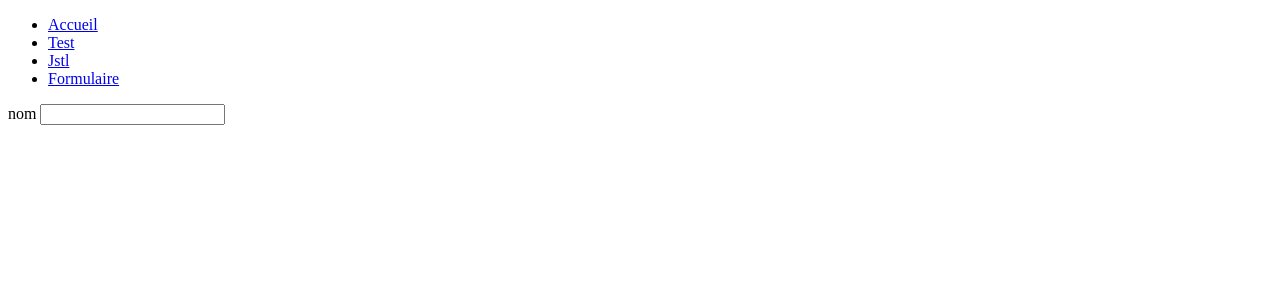
Repository: khadimniass/AppliTestJEE
Page: http://localhost/test/Formulaire
The author's editor kept a copy of each file at every save. The page is drawn from the files as they stood at one save, then again after the next save.
The browser window is 1280 px wide. The pictures show the whole page.
The page is served by Tomcat 9.

Above is the page before, as saved 2020-07-06 12:15:42.

After the next save:
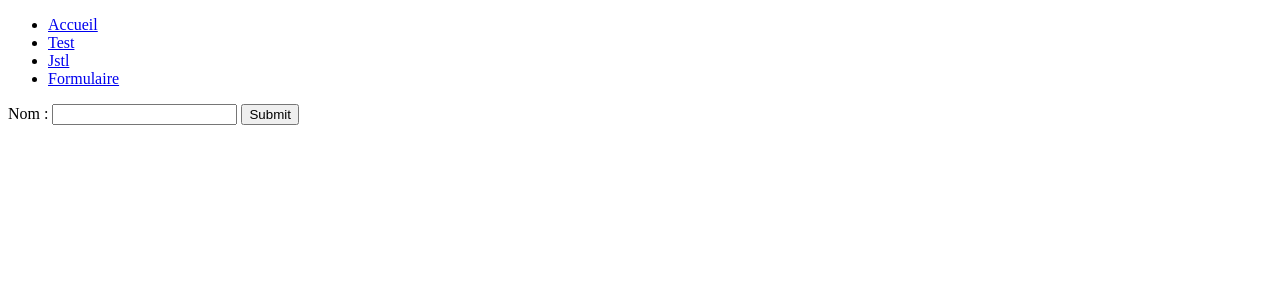
Saved 22 h 32 min later.
--- a/test/WebContent/WEB-INF/formulaire.jsp
+++ b/test/WebContent/WEB-INF/formulaire.jsp
@@ -11,8 +11,10 @@
 	<%@include file="menu.jsp" %>
 
 	<form methode="post" action="formulaire.jsp">
-	<label for ="nom">nom</label>
+	<label for ="nom">Nom : </label>
 	<input type="text" name="nom" id="nom" />
+
+	<input type="submit"/>
 	</form>
 </body>
 </html>
